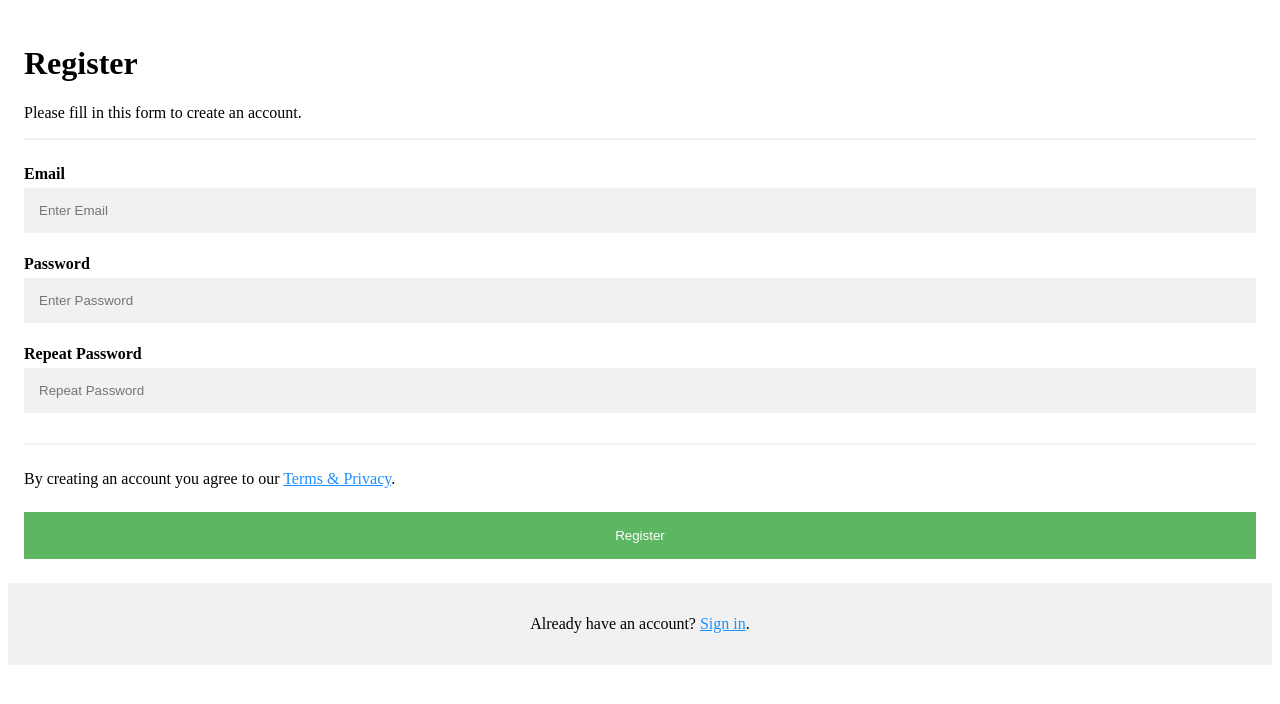
Repository: yonghwankim-dev/FinancialLedgerService
Page: http://localhost/FinancialLedger/
The author's editor kept a copy of each file at every save. The page is drawn from the files as they stood at one save, then again after the next save.
The browser window is 1280 px wide. The pictures show the whole page.
The page is served by Tomcat 9. Other server files are loaded and not shown.

Above is the page before, as saved 2021-02-23 03:27:21.

### FinancialLedger/WebContent/index.jsp
<%@ page language="java" contentType="text/html; charset=EUC-KR"
    pageEncoding="EUC-KR"%>
<!DOCTYPE html>
<html>
<head>
<meta charset="EUC-KR">
<title>Insert title here</title>
<link rel="stylesheet" href="./css/index.css">
</head>
<body>
	<form action="action_page.php">
	  <div class="container">
	    <h1>Register</h1>
	    <p>Please fill in this form to create an account.</p>
	    <hr>

	    <label for="email"><b>Email</b></label>
	    <input type="text" placeholder="Enter Email" name="email" id="email" required>

	    <label for="psw"><b>Password</b></label>
	    <input type="password" placeholder="Enter Password" name="psw" id="psw" required>

	    <label for="psw-repeat"><b>Repeat Password</b></label>
	    <input type="password" placeholder="Repeat Password" name="psw-repeat" id="psw-repeat" required>
	    <hr>

	    <p>By creating an account you agree to our <a href="#">Terms & Privacy</a>.</p>
	    <button type="submit" class="registerbtn">Register</button>
	  </div>

	  <div class="container signin">
	    <p>Already have an account? <a href="#">Sign in</a>.</p>
	  </div>
	</form>
</body>
</html>

Loaded but not shown: FinancialLedger/WebContent/css/index.css (common file)

After the next save:
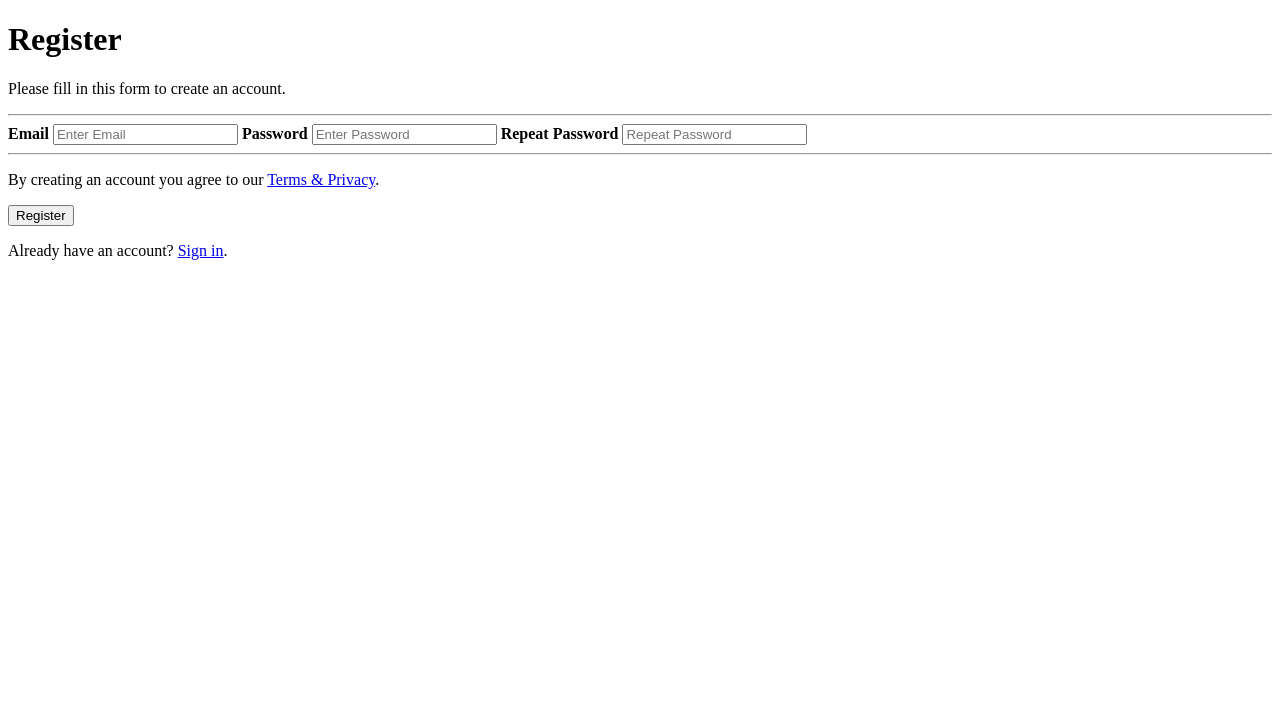
Not found: FinancialLedger/css/index.css
Saved 13 s later.
--- a/FinancialLedger/WebContent/index.jsp
+++ b/FinancialLedger/WebContent/index.jsp
@@ -5,7 +5,7 @@
 <head>
 <meta charset="EUC-KR">
 <title>Insert title here</title>
-<link rel="stylesheet" href="./css/index.css">
+<link rel="stylesheet" href="/css/index.css">
 </head>
 <body>
 	<form action="action_page.php">

After the save that followed:
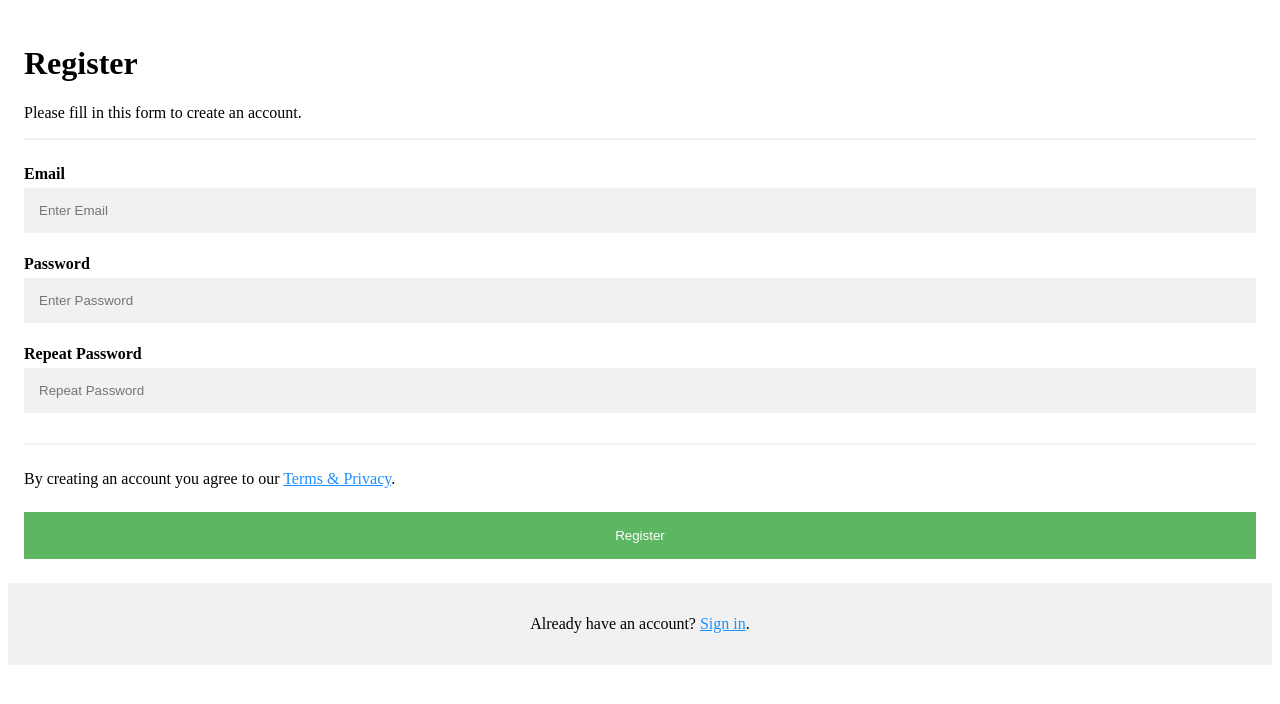
Saved 16 s later.
--- a/FinancialLedger/WebContent/index.jsp
+++ b/FinancialLedger/WebContent/index.jsp
@@ -5,7 +5,7 @@
 <head>
 <meta charset="EUC-KR">
 <title>Insert title here</title>
-<link rel="stylesheet" href="/css/index.css">
+<link rel="stylesheet" href="./css/index.css">
 </head>
 <body>
 	<form action="action_page.php">
